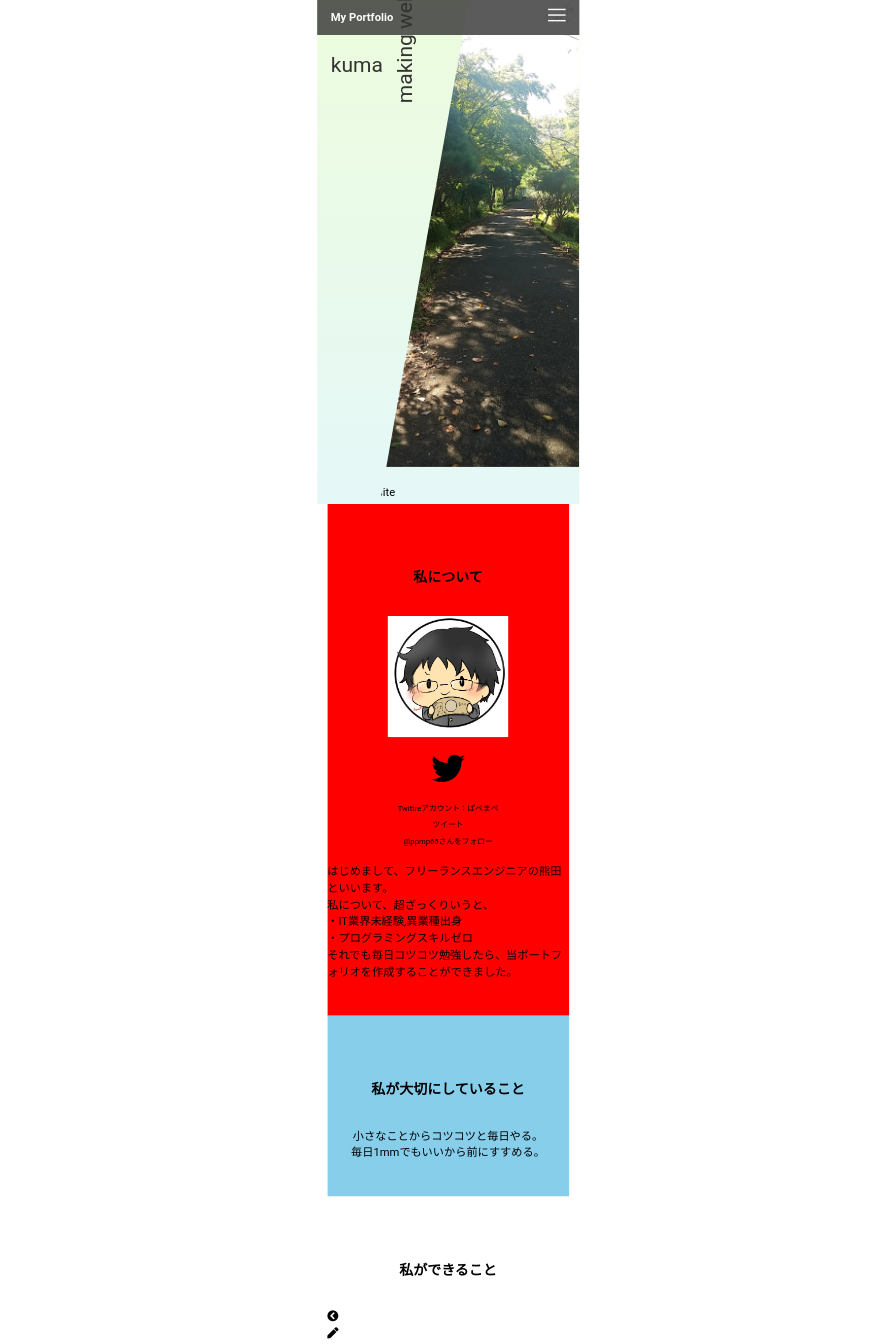
Repository: ppmp556/portfolio6
Page: index copy.html
The author's editor kept a copy of each file at every save. The page is drawn from the files as they stood at one save, then again after the next save.
The browser window is 1280 px wide. The pictures show the part of the page from y = 0 to 1920 px (the page is 3189 px tall), at 70% of full size.
Some web libraries are served in a nearby version. The style sheet was rebuilt from its Sass, Less or Tailwind sources for each picture, by a compiler version that may differ from the author's.

Above is the page before, as saved 2020-10-12 22:43:04.
Console error: TypeError: Cannot read properties of null (reading 'addEventListener')

### index copy.html
<!DOCTYPE html>
<html ja>
  <head>
    <meta charset="utf-8" />
    <meta
      name="viewport"
      content="width=device-width, initial-scale=1.0, maximum-scale=1.0, minimum-scale=1.0"
    />
    <title>ポートフォリオ</title>
    <link rel="stylesheet" href="css/faundation.css" />
    <link rel="stylesheet" href="css/main.css" />
    <link
      href="https://use.fontawesome.com/releases/v5.6.1/css/all.css"
      rel="stylesheet"
    />
    <script src="https://ajax.googleapis.com/ajax/libs/jquery/3.4.1/jquery.min.js"></script>
  </head>

  <body>
    <div class="container">

      <div class="kv" id="kv">
        <div class="kv_container">
          <img src="images/道.jpg" alt="" class="kv_img">


          <!-- <img src="/images/3566338_s.jpg" alt="" class="kv_img"> -->
          <!-- <img src="/images/3566338_s.jpg" alt="" class="kv_img"> -->
          <!-- <img src="/images/3566338_s.jpg" alt="" class="kv_img"> -->
          <!-- <img src="/images/3566338_s.jpg" alt="" class="kv_img"> -->
          <p class="kv_ttl">kuma</p>
          <span class="kv_suv">making website</span>

          <div class="kv_wrapper line">
            <p class="kv_animetype">
                <!-- ポートフォリオ<span class="line_type">|</span> -->
            </p><!-- /.kv_animetype -->

          </div><!-- /.kv_wrapper -->
        </div><!-- /.kv_container -->
      </div>
      <!-- /#kv.kv -->

      <header class="header" id="top">
        <div class="header_inner flex">
          <h1 class="header_ttl"><a href="index.html">My Portfolio</a></h1>
          <!-- /.header_ttl -->

          <nav class="nav">
            <!-- ハンバーガーメニュー部分 -->

            <div class="nav_ham" id="nav_toggle">
              <span class="nav_line tg1"></span>
              <span class="nav_line tg2"></span>
              <span class="nav_line tg3"></span>
            </div>
            <!-- ハンバーガーメニューここまで -->

            <ul class="nav_list flex">
              <div class="nav_inner">
                <li class="nav_item">
                  <a href="#Top" class="nav_link">TOP</a>
                </li>
                <!-- /.nav_item -->
                <li class="nav_item">
                  <a href="#about" class="nav_link">Profile</a>
                </li>
                <!-- /.nav_item -->
                <li class="nav_item">
                  <a href="#skill" class="nav_link">Skill</a>
                </li>
                <!-- /.nav_item -->
                <li class="nav_item">
                  <a href="#blog" class="nav_link">Blog</a>
                </li>
                <!-- /.nav_item -->
                <li class="nav_item">
                  <a href="#create" class="nav_link">Create</a>
                </li>
                <!-- /.nav_item -->
              </div><!-- /.nav_inner -->
            </ul>
            <!-- /.nav_list -->
          </nav>
          <!-- /.nav -->
        </div><!-- /.header_inner -->
      </header>
      <!-- /.header -->



      <main class="main_container">
        <div class="inner">

          <section class="about" id="about">
            <h2 class="section_ttl">私について</h2>
            <!-- /.section_ttl -->

            <div class="section_inner">
              <div class="about_left">
                <div class="about_imgbox">
                  <img src="images/アイコン.jpg" alt="" class="about_img">
                  <div class="about_share">
                    <a href="" class="about_share_icon">
                      <i class="fab fa-twitter fa-3x share"></i>
                      <p class="about_sharetxt">Twittreアカウント：ぱぺまぺ</p>
                      <!-- /.about_sharetxt --> </a
                    ><!-- /.about_share_icon -->
                      <br>
                    <a
                      href="https://twitter.com/share"
                      class="twitter_share_button"
                      data-via="webgaku"
                      data-lang="ja"
                      >ツイート</a
                    >
                      <br>
                    <a
                      href="https://twitter.com/ppmp65"
                      class="twitter_follow_button"
                      data-show-count="false"
                      data-lang="ja"
                      >@ppmp65さんをフォロー</a
                    >
                  </div>
                  <!-- /.about_share -->
                </div>
                <!-- /.about_imgbox -->
              </div>
              <!-- /.about_left -->

              <div class="about_right">
                <p class="about_txt">
                  はじめまして、フリーランスエンジニアの熊田といいます。<br />
                  私について、超ざっくりいうと、<br />

                  ・IT業界未経験,異業種出身 <br />
                  ・プログラミングスキルゼロ<br />

                  それでも毎日コツコツ勉強したら、当ポートフォリオを作成することができました。
                </p>
                <!-- /.about_txt -->
              </div>
              <!-- /.about_right -->
            </div>
            <!-- /.section_inner -->
          </section>
          <!-- /#about.about -->

          <section class="policy" id="policy">
            <h2 class="section_ttl">私が大切にしていること</h2>
            <!-- /.section_ttl -->

            <div class="policy_animebox">
              <div class="policy_anime">
                <p class="policy_txt">
                  小さなことからコツコツと毎日やる。<br />
                  毎日1mmでもいいから前にすすめる。
                </p>
                <!-- /.policy_txt -->
              </div>
              <!-- /.policy_anime -->
            </div>
            <!-- /.policy_anime -->
          </section>
          <!-- /#policy.policy -->

          <section class="skill" id="skill">
            <div class="scroll_fade_row">
              <h2 class="section_ttl">私ができること</h2>
              <!-- /.section_ttl -->

              <div class="skill_box">
                <div class="skill_content">
                  <div class="slide_btn prev">
                    <i class="fas fa-chevron-circle-left"></i>
                  </div>
                  <!-- /.slide_btn -->

                  <div class="skill_inner">
                    <div class="skill_inbox slide active">
                      <i class="skillIcon fas fa-pen"></i>
                      <p class="skill_inboxttl">執筆</p>
                      <!-- /.skill_inboxttl -->
                      <p class="skill_txt">
                        文章を考えるのが好きです<br />
                        ブログ執筆で毎日1000～2000文字程度<br />
                        書いています。<br />
                        ブログは毎日1日1記事更新。
                      </p>
                      <!-- /.skill_txt -->
                    </div>
                    <!-- /.skill_inbox -->

                    <div class="skill_inbox slide active">
                      <i class="skillIcon fas fa-code"></i>
                      <p class="skill_inboxttl">コーディング</p>
                      <!-- /.skill_inboxttl -->
                      <p class="skill_txt">
                        独学とプログラミングスクール併用<br />
                        全くの知識ゼロから始めました。<br />
                      </p>
                      <!-- /.skill_txt -->
                    </div>
                    <!-- /.skill_inbox -->

                    <div class="skill_inbox slide active">
                      <i class="skillIcon fas fa-pen"></i>
                      <p class="skill_inboxttl">執筆</p>
                      <!-- /.skill_inboxttl -->
                      <p class="skill_txt">
                        文章を考えるのが好きです<br />
                        ブログ執筆で毎日1000～2000文字程度<br />
                        書いています。<br />
                        ブログは毎日1日1記事更新。
                      </p>
                      <!-- /.skill_txt -->
                    </div>
                    <!-- /.skill_inbox -->

                    <div class="skill_inbox slide active">
                      <i class="skillIcon fas fa-cog"></i>
                      <p class="skill_inboxttl">執筆</p>
                      <!-- /.skill_inboxttl -->
                      <p class="skill_txt">
                        文章を考えるのが好きです<br />
                        ブログ執筆で毎日1000～2000文字程度<br />
                        書いています。<br />
                        ブログは毎日1日1記事更新。
                      </p>
                      <!-- /.skill_txt -->
                    </div>
                    <!-- /.skill_inbox -->
                  </div>
                  <!-- /.skill_inner -->
                </div>
                <!-- /.skill_content -->
              </div>
              <!-- /.skill_box -->
            </div>
            <!-- /.scroll_fade_row -->
          </section>
          <!-- /#skill.skill -->

          <section class="blog" id="blog">
            <div class="scroll_fade_row">
              <h2 class="section_ttl">ブログ</h2>
              <!-- /.section_ttl -->

              <div class="section_inner">
                <h3 class="blog_txt">ぱぺまぺの低年収者のための資産運用計画</h3>
                <!-- /.blog_txt -->

                <div class="blog_imgbox">
                  <a href="https://ppmp556.com"
                    >https://ppmp556.com
                    <img
                      class="blogImg"
                      src="images/invest01.png"
                      alt="ブログ1"
                    />
                  </a>
                </div>
                <!-- /.blog_imgbox -->
                <div class="blog_txtbox">
                  <p class="blog_txt">
                    投資ブログです。<br />
                    資金が少なくてもできる投資や、<br />
                    初心者向けの投資、投資についての考え方や<br />
                    ヒントなどを発信しています。（1日1記事更新）
                  </p>
                  <!-- /.blog_txt -->
                </div>
                <!-- /.blog_txtbox -->
              </div>
              <!-- /.section_inner -->
            </div>
            <!-- /.scroll_fade_row -->
          </section>
          <!-- /#blog.blog -->

          <section class="create" id="create">
            <div class="scroll_fade_row">
              <h2 class="section_ttl">制作物</h2>
              <!-- /.section_ttl -->
              <div class="section_inner">
                <div class="create_imgbox">
                  <p class="create_ttl">ポートフォリオ<br />（このサイト）</p>
                  <!-- /.create_ttl -->

                  <!-- アコーディオンメニュー実装する -->
                </div>
                <!-- /.create_imgbox -->
              </div>
              <!-- /.section_inner -->
            </div>
            <!-- /.scroll_fade_row -->
          </section>
          <!-- /#create.create -->
        </div>
        <!-- /.inner -->
      </main>

      <footer class="footer">
        <ul class="footer_list">
          <li class="footer_nav">
            <a href="" class="footer_link"></a>
          </li>
          <!-- /.footer_nav -->
          <li class="footer_nav">
            <a href="" class="footer_link"></a>
          </li>
          <!-- /.footer_nav -->
          <li class="footer_nav">
            <a href="" class="footer_link"></a>
          </li>
          <!-- /.footer_nav -->
          <li class="footer_nav">
            <a href="" class="footer_link"></a>
          </li>
          <!-- /.footer_nav -->
          <li class="footer_nav">
            <a href="" class="footer_link"></a>
          </li>
          <!-- /.footer_nav -->
        </ul>
        <!-- /.footer_list -->

        <div class="footer_copy">
          <small class="footer_txt">@ copyright</small
          ><!-- /.footer_txt -->
        </div>
        <!-- /.footer_copy -->
      </footer>
      <!-- /.footer -->
    </div>
    <!-- /.container -->

    <!-- <btn id="page-top"><a href="#top">PAGE TOP</a></btn> -->
    <script src="https://code.jquery.com/jquery-3.4.1.js"></script>
    <script src="main.js"></script>
  </body>
</html>

### css/faundation.css
/*
html5doctor.com Reset Stylesheet
v1.6.1
Last Updated: 2010-09-17
Author: Richard Clark - http://richclarkdesign.com
Twitter: @rich_clark
*/

html,
body,
div,
span,
object,
iframe,
h1,
h2,
h3,
h4,
h5,
h6,
p,
blockquote,
pre,
abbr,
address,
cite,
code,
del,
dfn,
em,
img,
ins,
kbd,
q,
samp,
small,
strong,
sub,
sup,
var,
b,
i,
dl,
dt,
dd,
ol,
ul,
li,
fieldset,
form,
label,
legend,
table,
caption,
tbody,
tfoot,
thead,
tr,
th,
td,
article,
aside,
canvas,
details,
figcaption,
figure,
footer,
header,
hgroup,
menu,
nav,
section,
summary,
time,
mark,
audio,
video {
  margin: 0;
  padding: 0;
  border: 0;
  outline: 0;
  font-size: 100%;
  vertical-align: baseline;
  background: transparent;
}

body {
  line-height: 1.5;
}

article,
aside,
details,
figcaption,
figure,
footer,
header,
hgroup,
menu,
nav,
section {
  display: block;
}

nav ul {
  list-style: none;
}

table {
  border-collapse: collapse;
  border-spacing: 0;
}


a {
  color: inherit;
  text-decoration: none;
}


img {
  width: 100%;

  /*画像がはみでるのを防ぐ　max-width*/
  max-width: 100%;
  height: auto;

  vertical-align: bottom;
}

/* h1,h2,h3,h4,h5,h6 { */
/* font-weight: bold; */
/* } */

### css/main.scss
@charset 'utf-8';

/****************************************:

全体のスタイル

*****************************************:*/


$cWhite: #ffffff;
$cOcher: #c1a250;
$cBlack: #333;
$cGray: rgb(139, 137, 137);
$cBgColor: #eaebed;


$widthPc: 1024px;
$widthTab: 764px;
$widthSp: 480px;

@mixin fontsize($cFontSz: 3.6rem) {
    font-size: $cFontSz;
    color: $cWhite;
}





@mixin pc {
    @media screen and (min-width: $widthPc) {
        @content;
    }
}


@mixin tab {
    @media screen and (min-width: $widthTab) and (max-width: $widthPc) {
        @content;
    }
}



html {
    // ルートのフォントサイズ 10pxに設定
    font-size: 62.5%;
}

body {
    // デフォルトのフォントサイズ 16pxと同等のサイズに設定
    font-size: 1.6em;
    font-size: 16px;
    width: 375px;
    margin: 0 auto;
    font-family: "Roboto", sans-serif, "Noto Sans";
}


* {
    box-sizing: border-box;
}


.overall {
    font-family: "Yu Gothic", YuGothic, "Hiragino Kaku Gothic Pro", "YuGothic",
        "Meiryo", verdana, "Osaka", "MS PGothic", Sans-Serif, "Yu Mincho",
        YuMincho, "MS P Mincho", serif;

    background-color: $cBgColor;
}

.container {
    width: 100%;
    margin: 0 auto;
    // color: $cWhite;
    position: relative;
    overflow: hidden;
}



.mock {
    /* モック画像 */
    position: absolute;
    top: 0;
    left: 0;
    right: 0;
    margin: 0 auto;
    width: 375px;
    opacity: 0.3;

    /* 反転 */
    filter: hue-rotate(180deg);

    /* テキストを掴まないように */
    pointer-events: none;

    z-index: 999;
}



.flex {
    display: flex;
    justify-content: space-between;
}

.inner {
    margin: 0 auto;
    padding: 0 15px;
}

.section_ttl {
    display: block;
    text-align: center;
    margin: 40px 0;
    font-size: 2rem;
}

/****************************************:

kv

*****************************************:*/

.kv {
    position: relative;
    // background-color: red;
    background: linear-gradient(rgba(231, 251, 210, 0.762), rgba(202, 240, 240, 0.5));

    &_container {
        height: 100vh;

        clip-path: polygon(58% 0, 100% 0, 100% 100%, 24% 100%);



    }

    &::before {
        content: 'kuma';

        position: absolute;
        top: 70px;
        left: 20px;
        font-size: 3rem;
        color: $cBlack;

    }

    &::after {
        content: 'making website';
        position: absolute;
        top: 20px;
        left: 20px;
        font-size: 3rem;
        transform: rotate(-90deg);
        color: $cBlack;
    }

    &_ttl {
        color: $cBlack;
        font-size: 2;
    }


    &_img {
        width: 100%;
        // height: 100%;
        display: block;

    }

    &_wrapper {
        position: absolute;
        top: 50%;
        left: 50%;
        transform: translate(-50%, -50%);
    }

    &_animetype {
        color: $cWhite;
    }


}


/****************************************:
タイプアニメーション
*****************************************:*/


.line {
    // position: relative;
    top: 50%;
    width: 24em;
    text-align: center;
    margin: 0 auto;
    font-size: 100%;
    white-space: nowrap;
    overflow: hidden;
    animation: type 2.5s steps(80, end);
    animation: typewriter 4s steps(60) 1s 1 normal both,
    /* normal:標準の方向で実行、both:forwardsとbackwardsの両方の規定に従う */
    blinkTextCursor 500ms steps(60) infinite normal;

    &_type {
        font-size: 25px;
        animation: blink 1s infinite;
        /* blink:点滅、infinite:無限に繰り返す */
    }
}



@keyframes type {
    from { width: 0; }
    to   {width: 100%; }
}


@keyframes blink {
    to{opacity: .0;}
}


@keyframes typewriter {
    from { width: 0; }
    to { width: 24em; }
}

@keyframes blinkTextCursor{/*点滅するカーソルのアニメーション*/
    from { border-right-color: $cWhite; }
    to { border-right-color: transparent; }
}





/****************************************:

policy

*****************************************:*/

.policy {
    padding: 50px 0;
    background-color: skyblue;
    margin: 0 auto;

    &_txt {
        text-align: center;

    }
}









/****************************************:

skill

*****************************************:*/


.skill {
    padding: 50px 0;
}














/****************************************:

header

*****************************************:*/

.header {
    position: absolute;
    top: 0;
    left: 0;
    width: 100%;
    background-color: $cBlack;
    opacity: 0.8;
    padding: 0 20px;
    line-height: 50px;
    color: $cWhite;
    z-index: 99;

    &.clicked {
        background-color: transparent;
    }

    &_inner.clicked {
        width: 85%;
        padding: 0 20px;
        margin-left: 35%;
        background-color: red;
        transition: .3s;
    }
}









/****************************************:

nav

*****************************************:*/

.nav {
    position: relative;



    &_list {
        position: absolute;
        right: -1000px;
        // right: -5vw;
        display: flex;
        flex-direction: column;

        &.clicked {
            right: -5vw;
            transition: .6s;
        }
    }

    &_inner {
        background-color: red;
        height: 88.9vh;
        width: 60.1vw;
        margin-top: 17%;

    }

    // ハンバーガーメニュー
    &_ham {
        cursor: pointer;
        position: absolute;
        top: 50%;
        right: 0;
        transform: translateY(-50%);
        // background-color: #ffffff;
        width: 25px;
        height: 25px;
        z-index: 100;

        &.clicked {
            right: 40px;
        }
    }

    &_line {
        position: absolute;
        width: 100%;
        height: 2px;
        background-color: $cWhite;

        &:nth-child(1) {
            top: 0px;
            // left: -5px;

        }

        &:nth-child(2) {
            top: 8px;
            // left: 5px;
        }

        &:nth-child(3) {
            top: 16px;
            /* left: -5px; */
        }

        &.clicked:nth-child(1) {
            transform: translateY(12px) rotate(-315deg);
            transition: .5s;

        }
        &.clicked:nth-child(2) {
            left: 0;
            transition: .9s;
            opacity: 0;

        }
        &.clicked:nth-child(3) {
            transform: translateY(-4px) rotate(315deg);
            transition: .5s;

        }




    }

    &_item {
        text-align: center;
    }


}




/****************************************:

about

*****************************************:*/

.about {
    padding: 50px 0;
    background-color: red;

    &_imgbox {
        width: 50%;
        margin: 0 auto;
    }

    &_img {
        display: block;
        width: 100%;
        height: 100%;
    }

    &_share {
        text-align: center;

        &_icon {
            width: 100%;
        }
    }
    &_sharetxt {
        display: inline-block;
        font-size: 1.1rem;
    }

    &_left {
        margin: 20px 0;
    }
}

.share {
    padding: 20px 0;

    &:hover {
        margin-bottom: 5px;
    }
}

.twitter {

    &_share_button {
        font-size: 1.1rem;
    }

    &_follow_button {
        font-size: 1.1rem;
    }
}

.fa-twitter {
    font-size: 2rem;
}

Loaded but not shown: main.js (197 lines, source omitted)

After the next save:
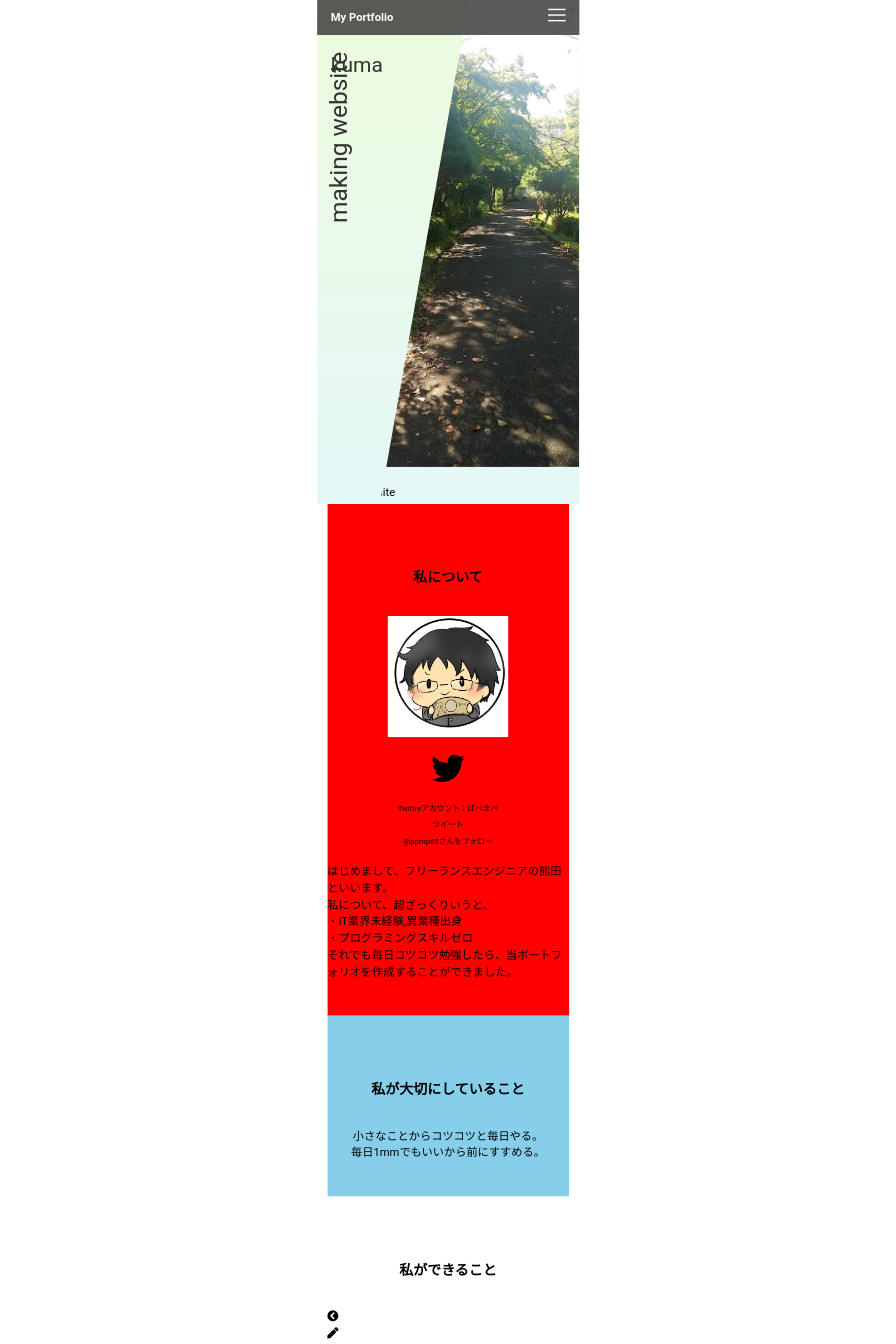
Saved 92 s later.
--- a/css/main.scss
+++ b/css/main.scss
@@ -152,9 +152,9 @@ kv
     &::after {
         content: 'making website';
         position: absolute;
-        top: 20px;
-        left: 20px;
-        font-size: 3rem;
+        top: 170px;
+        left: -90px;
+        font-size: 3.5rem;
         transform: rotate(-90deg);
         color: $cBlack;
     }
